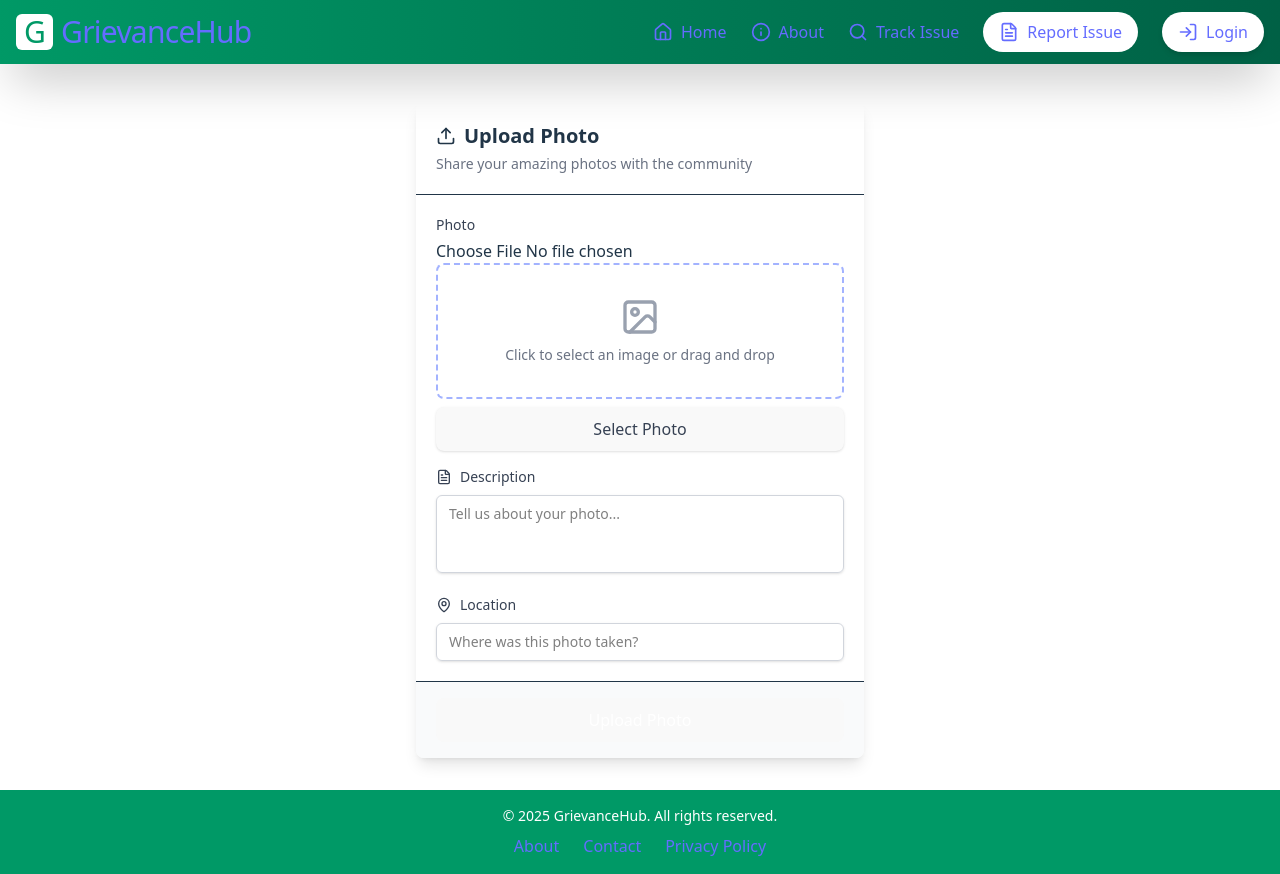
Repository: Aishi4/Grievance-Hub
Page: /report (app in my-vite-Griv/)
The author's editor kept a copy of each file at every save. The page is drawn from the files as they stood at one save, then again after the next save.
The browser window is 1280 px wide. The pictures show the whole page.
The project was rebuilt for these pictures with package versions that can differ from the ones it lists, and the page was loaded fresh each time. Some packages were replaced by stand-ins written for this rebuild. Also part of the build but not shown: my-vite-Griv/vite.config.js, my-vite-Griv/src/Home.jsx, my-vite-Griv/src/ReportSubmit.jsx, my-vite-Griv/src/Report.jsx, my-vite-Griv/src/App.jsx, my-vite-Griv/src/About.jsx, my-vite-Griv/src/TrackIssue.jsx, my-vite-Griv/src/ViewPhoto.jsx and 1 more.

Above is the page before, as saved 2025-03-29 18:37:56.

After the next save:
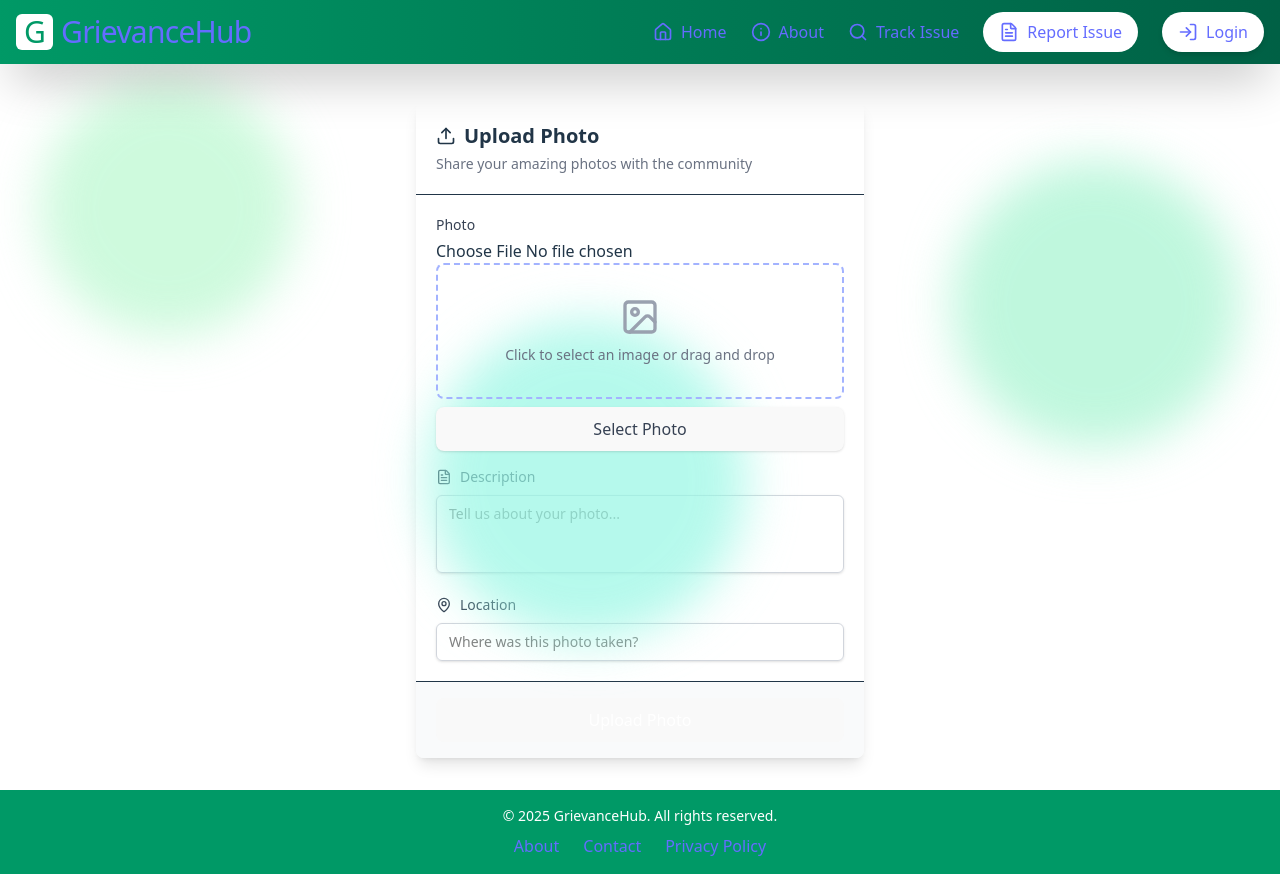
Saved 42 s later.
--- a/my-vite-Griv/src/UploadPhoto.jsx
+++ b/my-vite-Griv/src/UploadPhoto.jsx
@@ -99,7 +99,12 @@ export default function UploadPhoto() {
   }
 
     return (
-      <div className="flex justify-center items-center min-h-screen min-w-screen bg-white">
+        <div className="flex justify-center items-center min-h-screen min-w-screen bg-white">
+            <div className="absolute top-0 left-0 w-full h-full overflow-hidden z-0">
+        <div className="absolute top-20 left-10 w-64 h-64 bg-green-200 rounded-full mix-blend-multiply filter blur-xl opacity-70 animate-blob"></div>
+        <div className="absolute top-40 right-10 w-72 h-72 bg-emerald-200 rounded-full mix-blend-multiply filter blur-xl opacity-70 animate-blob animation-delay-2000"></div>
+        <div className="absolute bottom-20 left-1/3 w-80 h-80 bg-teal-200 rounded-full mix-blend-multiply filter blur-xl opacity-70 animate-blob animation-delay-4000"></div>
+      </div>
   <div className="bg-white p-6 rounded-lg  w-full">
     <div className="w-full max-w-md mx-auto bg-white rounded-lg shadow-lg overflow-hidden">
       <div className="p-5 border-b">
